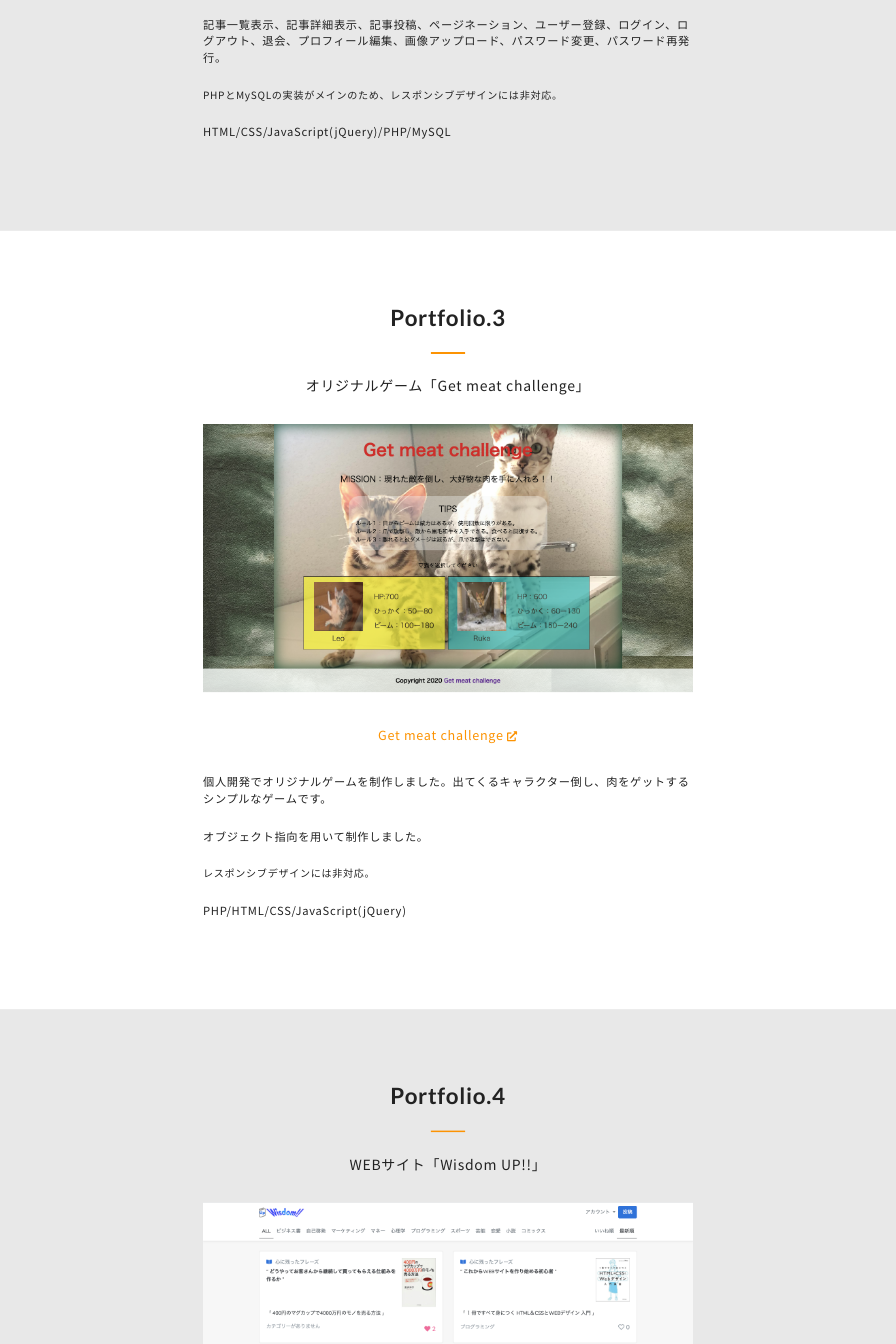
Repository: shuehi23/Portfolio
Page: portfolio/portfolio.html
These files come from the project's save history. The page is drawn as it stood at one moment and after the next save; the edit follows.
The browser window is 1280 px wide. The pictures show the part of the page from y = 2814 to 4734 px (the page is 6704 px tall before and 6840 px after), at 70% of full size.
A picture or video elsewhere on the page could not be fetched, so the positions and the page height are approximate. Some web libraries are served in a nearby version.

Above is the page before, as saved 2020-10-19 08:54:29.

### portfolio/portfolio.html
<!DOCTYPE html>
<html lang="ja">
<head>
  <meta charset="UTF-8">
  <meta name="viewport" content="width=device-width, initial-scale=1.0">
  <meta http-equiv="X-UA-Compatible" content="ie=edge">
  <title>Suhei's Portfolio</title>
  <!-- Google Fontsの読み込み -->
  <link href="https://fonts.googleapis.com/css?family=Lato:400,700|Noto+Sans+JP:400,700&display=swap&subset=japanese" rel="stylesheet">
  <!-- FontAwesomeの読み込み -->
  <link href="https://use.fontawesome.com/releases/v5.12.0/css/all.css" rel="stylesheet">
  <link rel="stylesheet" href="../css/stylesheet.css">
</head>
<body id="DETAIL">
  <!-- Navigation -->
  <nav class="l-navigation" id="mainNav">
    <div class="container">
      <a class="l-navigation_logo" href="">Shuhei's Portfolio</a>
      <div class="menu-trigger js-toggle-sp-menu">
        <span></span>
        <span></span>
        <span></span>
      </div>
      <ul class="l-navigation_list js-toggle-sp-menu-target">
        <li class="l-navigation_item">
          <a class="l-navigation_link" href="index.html#homt">Home</a>
        </li>
        <li class="l-navigation_item">
          <a class="l-navigation_link" href="index.html#portfolio">Portfolio</a>
        </li>
        <li class="l-navigation_item">
          <a class="l-navigation_link" href="index.html#skill">Skill</a>
        </li>
        <li class="l-navigation_item">
          <a class="l-navigation_link" href="index.html#contact">Contact</a>
        </li>
      </ul>
    </div>
  </nav>
  <!-- ヘッダー -->
  <header id="header" class="l-header">
    <div class="l-header_container l-content-wrap-default">
      <h1 class="l-header_title">
         shuhei's Portfolio
      </h1>
      <hr>
      <p class="l-header_text">
         My Portfolio. I hope you enjoy viewing my Portfolio.
      </p>
    </div>
  </header>

  <!-- メインコンテンツ -->
  <main id="main" class="l-main">
    <!-- ポートフォリオ１ -->
    <article id="portfolio01" class="p-detail">
      <div class="p-detail_container l-content-wrap-default">
        <h2 class="p-detail_title">Portfolio.1</h2>
        <hr>
        <h3 class="p-detail_subtitle">サンプルWEBサイト</h3>
        <img src="../image/portfolio01.jpg" alt="" class="p-detail_image">
        <div class="p-detail_link-wrap">
          <a href="#" class="p-detail_link">
            Overseas Sport Tour <i class="fas fa-external-link-alt p-detail_icon"></i>
          </a>
        </div>

        <p class="p-detail_text">
          海外アスリート応援ツアーをイメージして制作しました。
        </p>
        <p class="p-detail_text_small">
          レスポンシブデザインに対応。
        </p>
        <p class="p-detail_text">
          HTML/Scss/bootstrap/JavaScript(jQuery)
        </p>
        <p class="p-deteail_text c-btn--wrap">
          <a href="#" class="c-btn--link">GitHub</a>
        </p>
      </div>
    </article>
    <!-- ポートフォリオ２ -->
    <article id="portfolio02" class="p-detail">
      <div class="p-detail_container l-content-wrap-default">
        <h2 class="p-detail_title">Portfolio.2</h2>
        <hr>
        <h3 class="p-detail_subtitle">WEBサービス「Connect With Sports」</h3>
        <img src="../image/connect.jpg" alt="" class="p-detail_image">
        <div class="p-detail_link-wrap">
          <a href="#" class="p-detail_link">
            Connect With Sports <i class="fas fa-external-link-alt p-detail_icon"></i>
          </a>
        </div>
        <p class="p-detail_text">
              個人開発でオリジナルWEBサービスを制作しました。スポーツを通じて繋がることができるWEBサービスです。
        </p>
        <p class="p-detail_text">
              主な機能は下記の通りです。
        </p>
        <p class="p-detail_text">
              記事一覧表示、記事詳細表示、記事投稿、ページネーション、ユーザー登録、ログイン、ログアウト、退会、プロフィール編集、画像アップロード、パスワード変更、パスワード再発行。
        </p>
        <p class="p-detail_text_small">
              PHPとMySQLの実装がメインのため、レスポンシブデザインには非対応。
            </p>
        <p class="p-detail_text">
              HTML/CSS/JavaScript(jQuery)/PHP/MySQL
        </p>
      </div>
    </article>
    <!-- ポートフォリオ３ -->
    <article id="portfolio03" class="p-detail">
      <div class="p-detail_container l-content-wrap-default">
        <h2 class="p-detail_title">Portfolio.3</h2>
        <hr>
        <h3 class="p-detail_subtitle">オリジナルゲーム「Get meat challenge」</h3>
        <img src="../image/game.jpg" alt="" class="p-detail_image">
        <div class="p-detail_link-wrap">
          <a href="#" class="p-detail_link">
            Get meat challenge<i class="fas fa-external-link-alt p-detail_icon"></i>
          </a>
        </div>
        <p class="p-detail_text">
                  個人開発でオリジナルゲームを制作しました。出てくるキャラクター倒し、肉をゲットするシンプルなゲームです。
            </p>
        <p class="p-detail_text">
                  オブジェクト指向を用いて制作しました。
            </p>
        <p class="p-detail_text_small">
                  レスポンシブデザインには非対応。
                </p>
        <p class="p-detail_text">
                  PHP/HTML/CSS/JavaScript(jQuery)
                </p>
      </div>
    </article>
    <!-- ポートフォリオ4 -->
    <article id="portfolio04" class="p-detail">
      <div class="p-detail_container l-content-wrap-default">
        <h2 class="p-detail_title">Portfolio.4</h2>
        <hr>
        <h3 class="p-detail_subtitle">WEBサイト「Wisdom UP!!」</h3>
        <img src="../image/wisdom.jpg" alt="" class="p-detail_image">
        <div class="p-detail_link-wrap">
          <a href="#" class="p-detail_link">
            Wisdom UP!!<i class="fas fa-external-link-alt p-detail_icon"></i>
          </a>
        </div>
        <p class="p-detail_text">
                  個人開発でおすすめの本を紹介するサイトを制作しました。
        </p>
        <p class="p-detail_text">
                  主な機能は下記の通りです。
        </p>
        <p class="p-detail_text">
                  投稿記事一覧表示、記事詳細表示、記事投稿、ページネーション、ユーザー登録、ログイン、ログアウト、退会、プロフィール編集、画像アップロード、パスワード変更、パスワード再発行。
        </p>
        <p class="p-detail_text_small">
                  レスポンシブデザインに対応。
        </p>
        <p class="p-detail_text">
                  HTML/SASS(scss)/Laravel/Vue.js/MySQL/MAMP環境
        </p>
      </div>
    </article>
    <!-- ポートフォリオ5 -->
    <article id="portfolio04" class="p-detail">
      <div class="p-detail_container l-content-wrap-default">
        <h2 class="p-detail_title">Portfolio.4</h2>
        <hr>
        <h3 class="p-detail_subtitle">ポートフォリオ</h3>
        <img src="../image/portfolio.jpg" alt="" class="p-detail_image">
        <div class="p-detail_link-wrap">
          <a href="#" class="p-detail_link">
            Shuhei's Portfolio<i class="fas fa-external-link-alt p-detail_icon"></i>
          </a>
        </div>
        <p class="p-detail_text">
                      当ポートフォリオサイトです。スキルやポートフォリオが分かりやすいように意識しています。
                </p>
        <p class="p-detail_text_small">
                      レスポンシブデザインに対応。
                    </p>
        <p class="p-detail_text">
                      HTML/CSS/JavaScript(jQuery)
                    </p>
      </div>
    </article>
  </main>
  <!-- フッター -->
  <footer id="footer" class="l-footer">
    <div class="l-footer_container l-content-wrap-default">
      <p class="l-footer_title">Shuhei's portfolio</p>
      <small class="l-footer_copyright">
        &copy 2020 Shuhei's Portfolio All Right Reserved.
      </small>
    </div>
    <button type="button" class="l-footer_button js-scroll-top">
      <i class="fas fa-angle-double-up l-footer_go-to-top"></i>
    </button>
  </footer>
  <script src="https://code.jquery.com/jquery-3.4.1.min.js" integrity="sha256-CSXorXvZcTkaix6Yvo6HppcZGetbYMGWSFlBw8HfCJo=" crossorigin="anonymous"></script>
  <!-- smooth-scroll.jsのファイルを読み込み -->
  <script src="https://cdn.jsdelivr.net/gh/cferdinandi/smooth-scroll/dist/smooth-scroll.polyfills.min.js"></script>
  <!-- JavaScriptファイルの読み込み -->
  <script src="../js/main.js"></script>
</body>
</html>

Loaded but not shown: js/main.js (62 lines, source omitted); css/stylesheet.css (958 lines, source omitted)

After the next save:
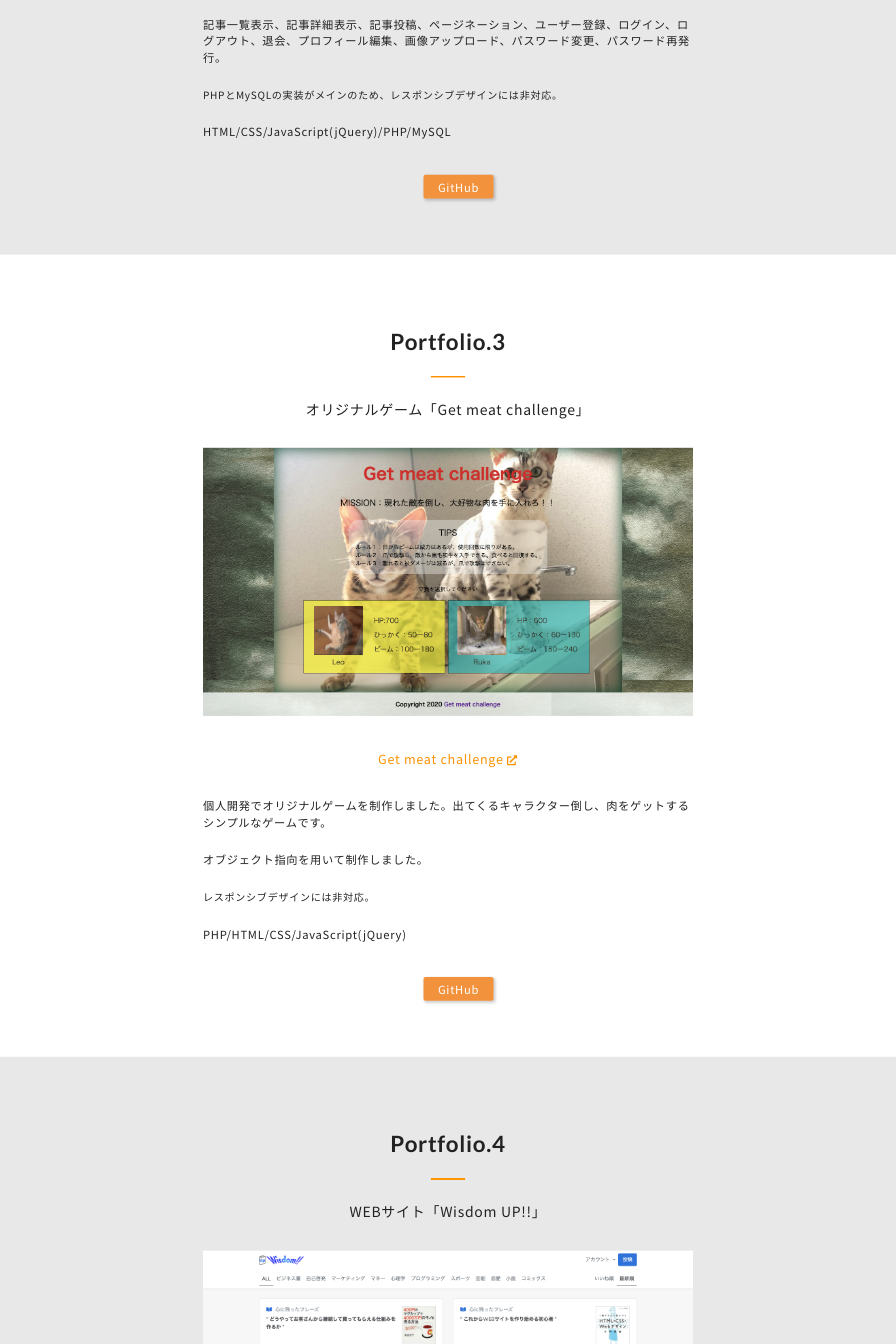
Saved 72 s later.
--- a/portfolio/portfolio.html
+++ b/portfolio/portfolio.html
@@ -106,6 +106,9 @@
         <p class="p-detail_text">
               HTML/CSS/JavaScript(jQuery)/PHP/MySQL
         </p>
+        <p class="p-deteail_text c-btn--wrap">
+          <a href="#" class="c-btn--link">GitHub</a>
+        </p>
       </div>
     </article>
     <!-- ポートフォリオ３ -->
@@ -122,16 +125,19 @@
         </div>
         <p class="p-detail_text">
                   個人開発でオリジナルゲームを制作しました。出てくるキャラクター倒し、肉をゲットするシンプルなゲームです。
-            </p>
+        </p>
         <p class="p-detail_text">
                   オブジェクト指向を用いて制作しました。
-            </p>
+        </p>
         <p class="p-detail_text_small">
                   レスポンシブデザインには非対応。
-                </p>
+        </p>
         <p class="p-detail_text">
                   PHP/HTML/CSS/JavaScript(jQuery)
-                </p>
+        </p>
+        <p class="p-deteail_text c-btn--wrap">
+          <a href="#" class="c-btn--link">GitHub</a>
+        </p>
       </div>
     </article>
     <!-- ポートフォリオ4 -->
@@ -161,6 +167,9 @@
         <p class="p-detail_text">
                   HTML/SASS(scss)/Laravel/Vue.js/MySQL/MAMP環境
         </p>
+        <p class="p-deteail_text c-btn--wrap">
+          <a href="#" class="c-btn--link">GitHub</a>
+        </p>
       </div>
     </article>
     <!-- ポートフォリオ5 -->
@@ -177,13 +186,16 @@
         </div>
         <p class="p-detail_text">
                       当ポートフォリオサイトです。スキルやポートフォリオが分かりやすいように意識しています。
-                </p>
+        </p>
         <p class="p-detail_text_small">
                       レスポンシブデザインに対応。
-                    </p>
+        </p>
         <p class="p-detail_text">
                       HTML/CSS/JavaScript(jQuery)
-                    </p>
+        </p>
+        <p class="p-deteail_text c-btn--wrap">
+          <a href="#" class="c-btn--link">GitHub</a>
+        </p>
       </div>
     </article>
   </main>
